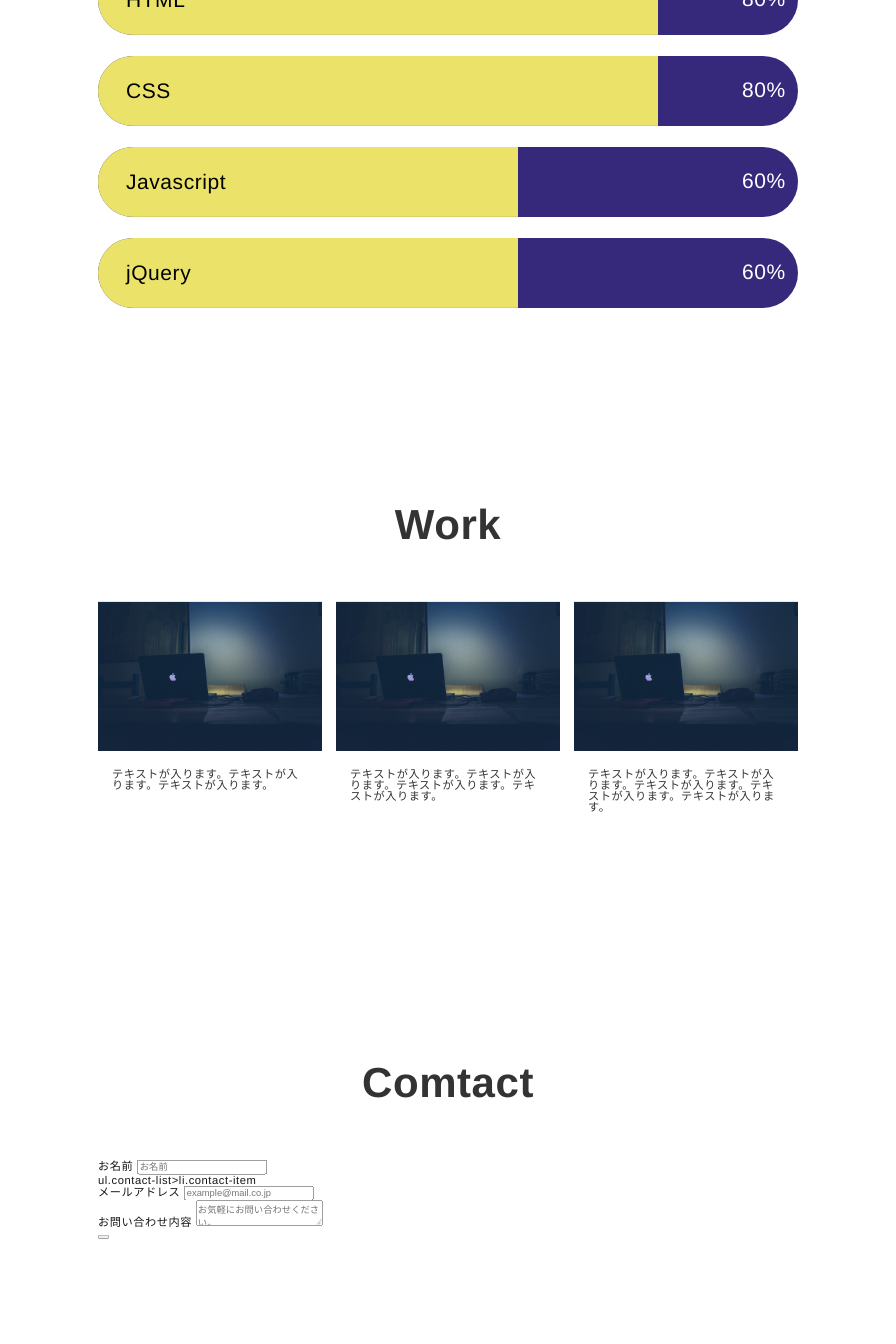
Repository: sadayuki15/portfolio
Page: index.html
These files come from the project's save history. The page is drawn as it stood at one moment and after a run of saves; the edit follows.
The browser window is 1280 px wide. The pictures show the part of the page from y = 1927 to 3847 px (the page is 3847 px tall before and 3831 px after), at 70% of full size.

Above is the page before, as saved 2021-04-22 21:30:15.

After the next 3 saves:
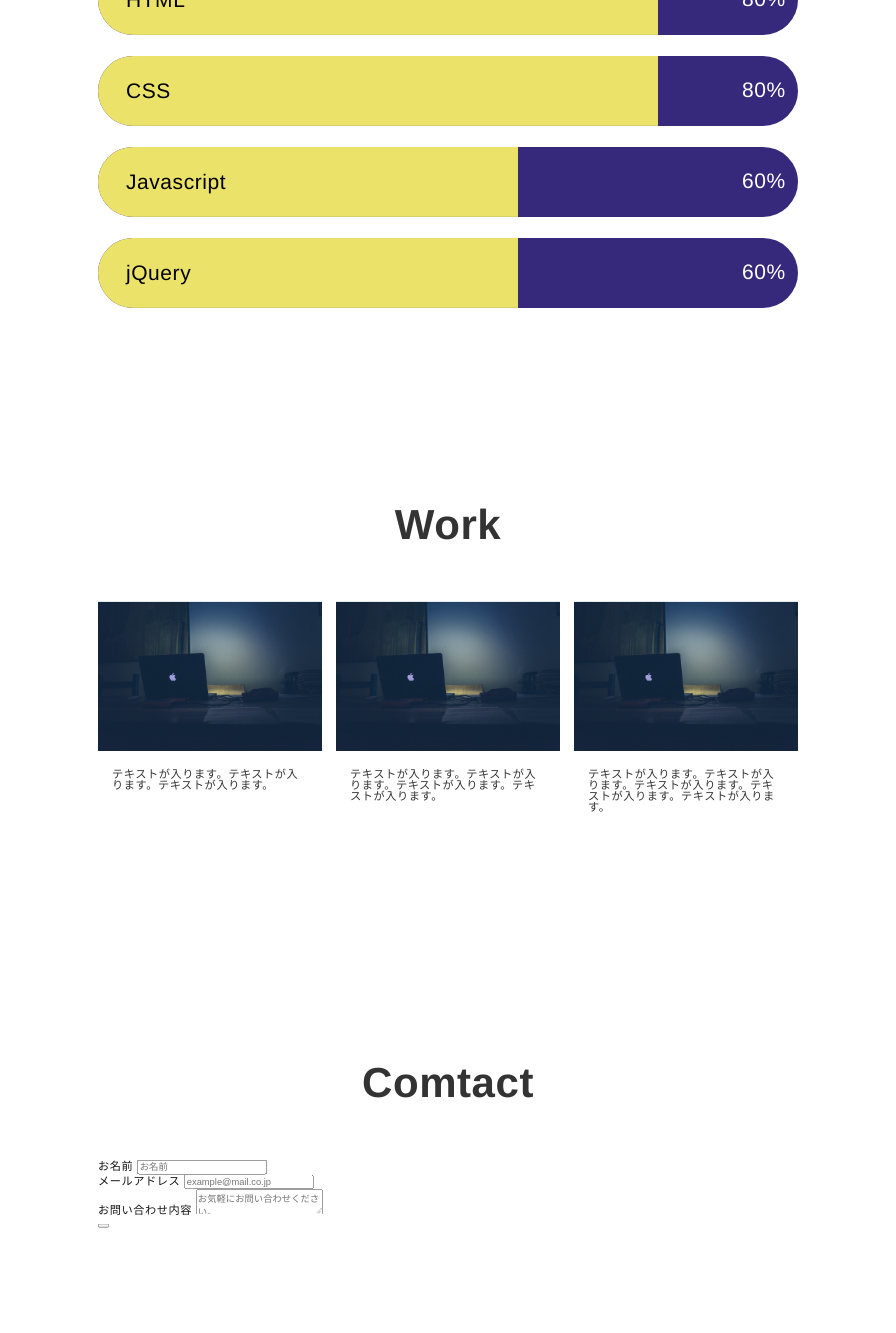
The 3 saves are shown as one change because they came seconds apart.
The last was saved 7 s later.
--- a/index.html
+++ b/index.html
@@ -158,7 +158,10 @@
             <input id="name" type="text" name="entry.32834570" placeholder="お名前">
           </li>
         </ul>
-        ul.contact-list>li.contact-item
+        <ul class="contact-list">
+          <li class="contact-item"></li>
+          <li class="contact-item"></li>
+        </ul>
           <li class="contact-item">
             <label for="email">メールアドレス</label>
             <input id="email" type="text" name="entry.303714741" placeholder="example@mail.co.jp">

After the save that followed:
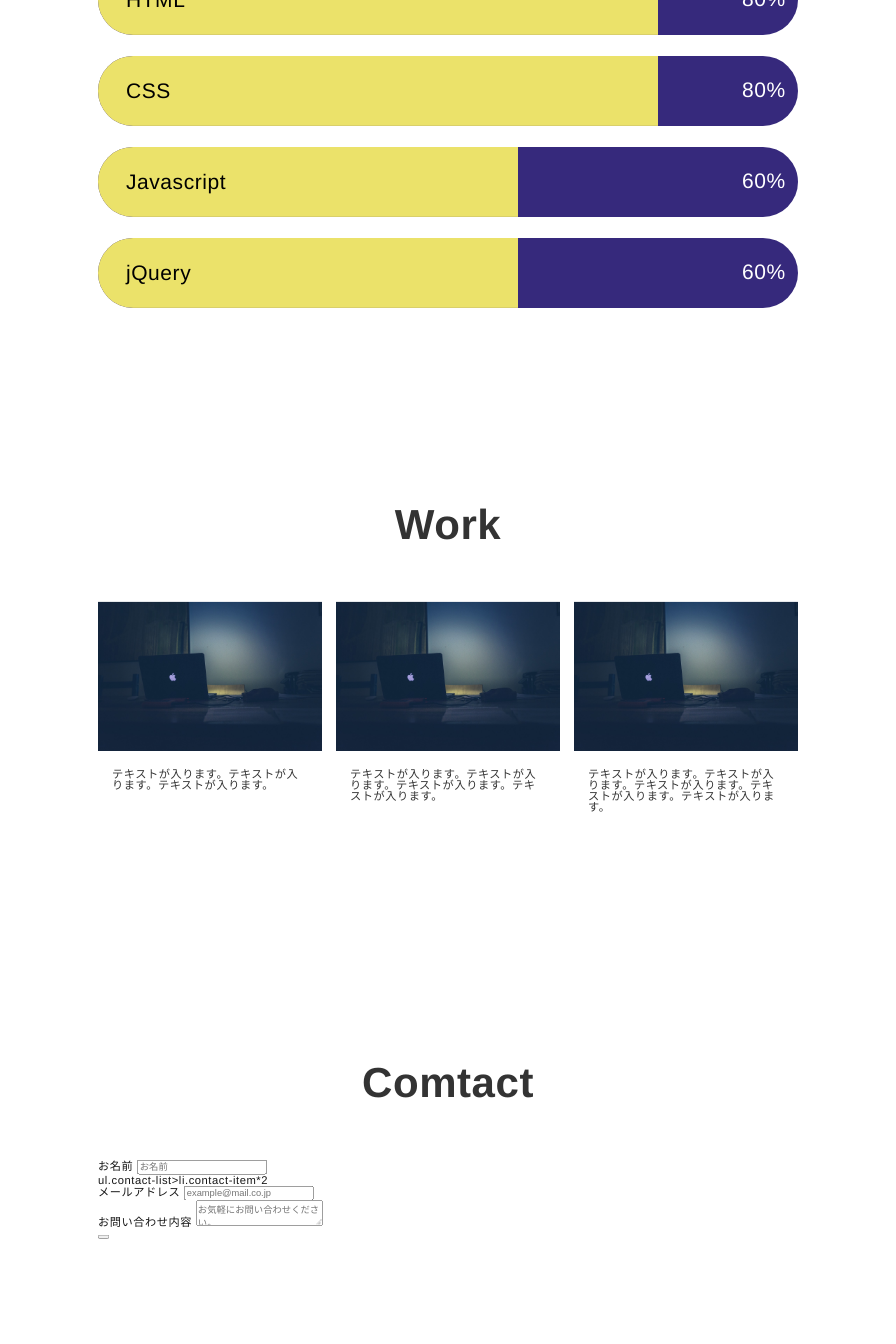
Saved 4 s later.
--- a/index.html
+++ b/index.html
@@ -158,10 +158,7 @@
             <input id="name" type="text" name="entry.32834570" placeholder="お名前">
           </li>
         </ul>
-        <ul class="contact-list">
-          <li class="contact-item"></li>
-          <li class="contact-item"></li>
-        </ul>
+        ul.contact-list>li.contact-item*2
           <li class="contact-item">
             <label for="email">メールアドレス</label>
             <input id="email" type="text" name="entry.303714741" placeholder="example@mail.co.jp">
